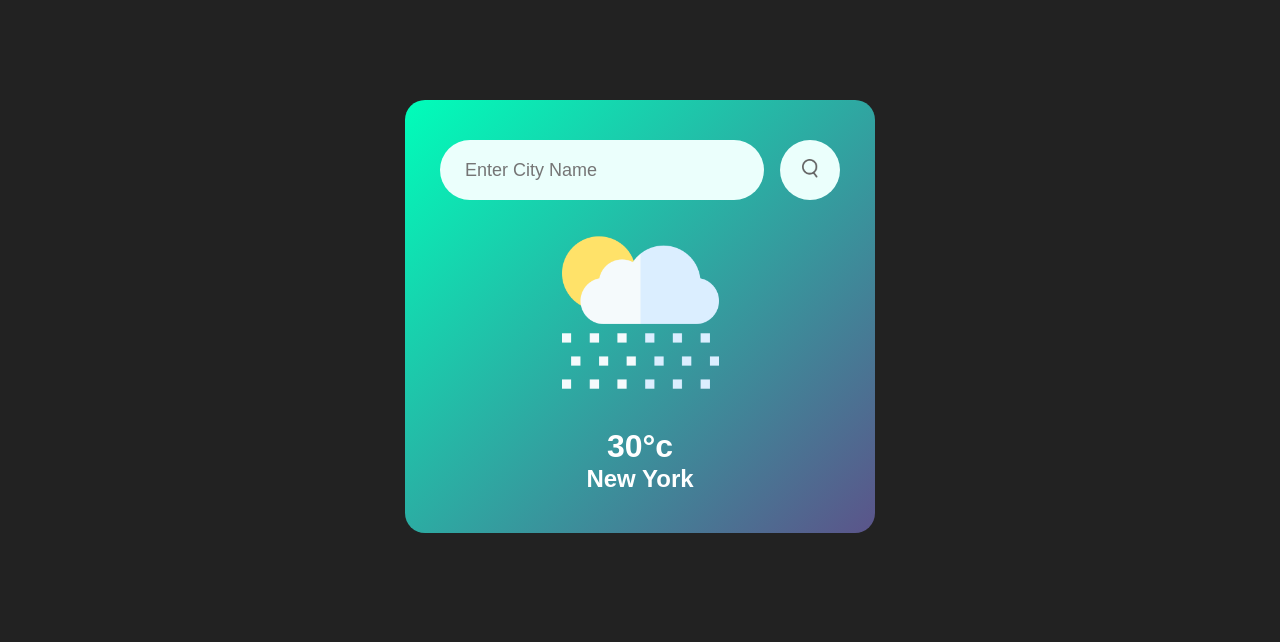
Repository: dubeprince/WeatherApp-Project
Page: WeatherApp/index.html
These files come from the project's save history. The page is drawn as it stood at one moment and after the next save; the edit follows.
The browser window is 1280 px wide. The pictures show the whole page.

Above is the page before, as saved 2023-05-26 11:05:12.

After the next save:
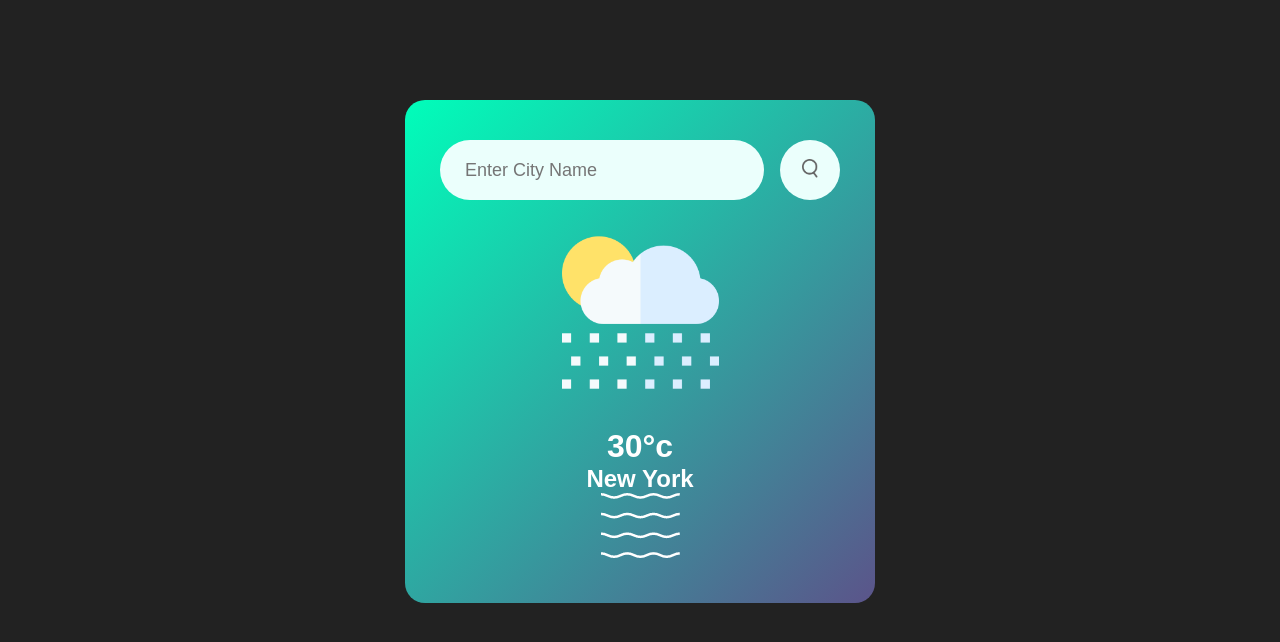
Saved 88 s later.
--- a/WeatherApp/index.html
+++ b/WeatherApp/index.html
@@ -18,6 +18,11 @@
             <img src="images/rain.png" class="weather-icon">
             <h1 class="temp">30°c</h1>
             <h2 class="city">New York</h2>
+            <div class="details">
+                <div class="col">
+                    <img src="images/humidity.png" alt="">
+                </div>
+            </div>
         </div>
     </div>
 
